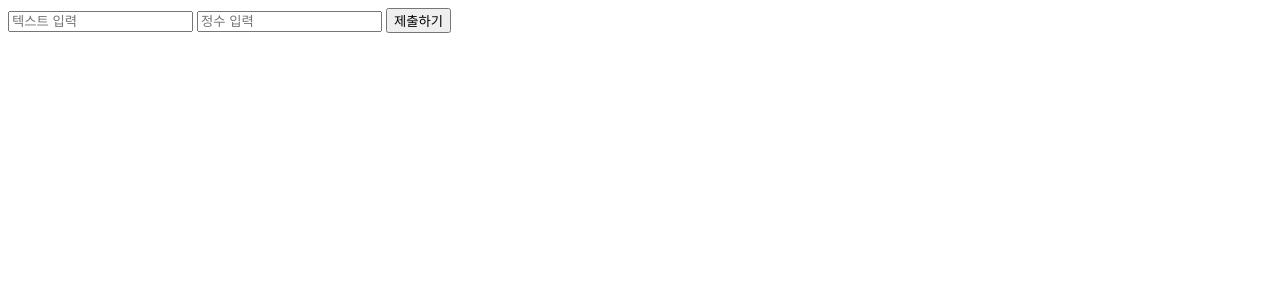
Repository: jungreul97/JavaSpring
Page: http://localhost/SpringBasic/dataForm
These files come from the project's save history. The page is drawn as it stood at one moment and after the next save; the edit follows.
The browser window is 1280 px wide. The pictures show the whole page.
The page is served by Tomcat 9. Other server files are loaded and not shown.

Above is the page before, as saved 2022-03-30 13:56:39.

### SpringBasic/src/main/webapp/WEB-INF/views/dataForm.jsp
<%@ page language="java" contentType="text/html; charset=EUC-KR"
    pageEncoding="EUC-KR"%>
<!DOCTYPE html>
<html>
<head>
<meta charset="EUC-KR">
<title>Insert title here</title>
</head>
<body>
	<form action="/getData" action="get">
		<input type = "text" name = "data1" placeholder = "텍스트 입력">
		<input type = "number" name = "data2" placeholder = "정수 입력">
		<input type = "submit" value = "제출하기">
	</form>
</body>
</html>

After the next save:
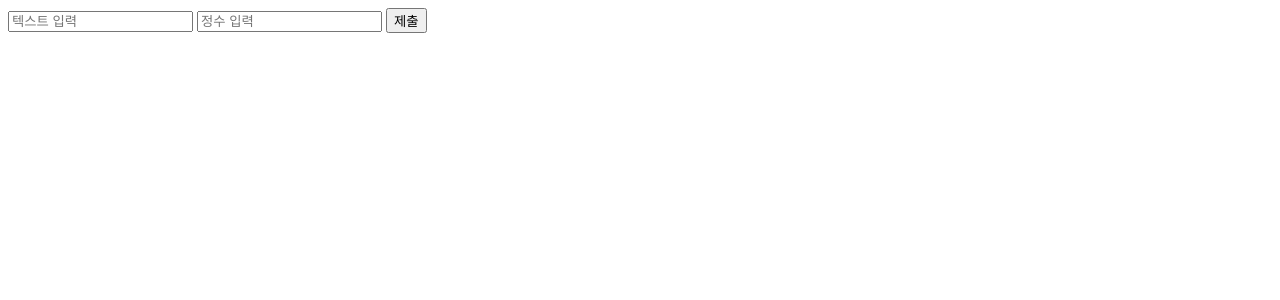
Saved 80 s later.
--- a/SpringBasic/src/main/webapp/WEB-INF/views/dataForm.jsp
+++ b/SpringBasic/src/main/webapp/WEB-INF/views/dataForm.jsp
@@ -10,7 +10,7 @@
 	<form action="/getData" action="get">
 		<input type = "text" name = "data1" placeholder = "텍스트 입력">
 		<input type = "number" name = "data2" placeholder = "정수 입력">
-		<input type = "submit" value = "제출하기">
+		<input type = "submit" value = "제출">
 	</form>
 </body>
 </html>
